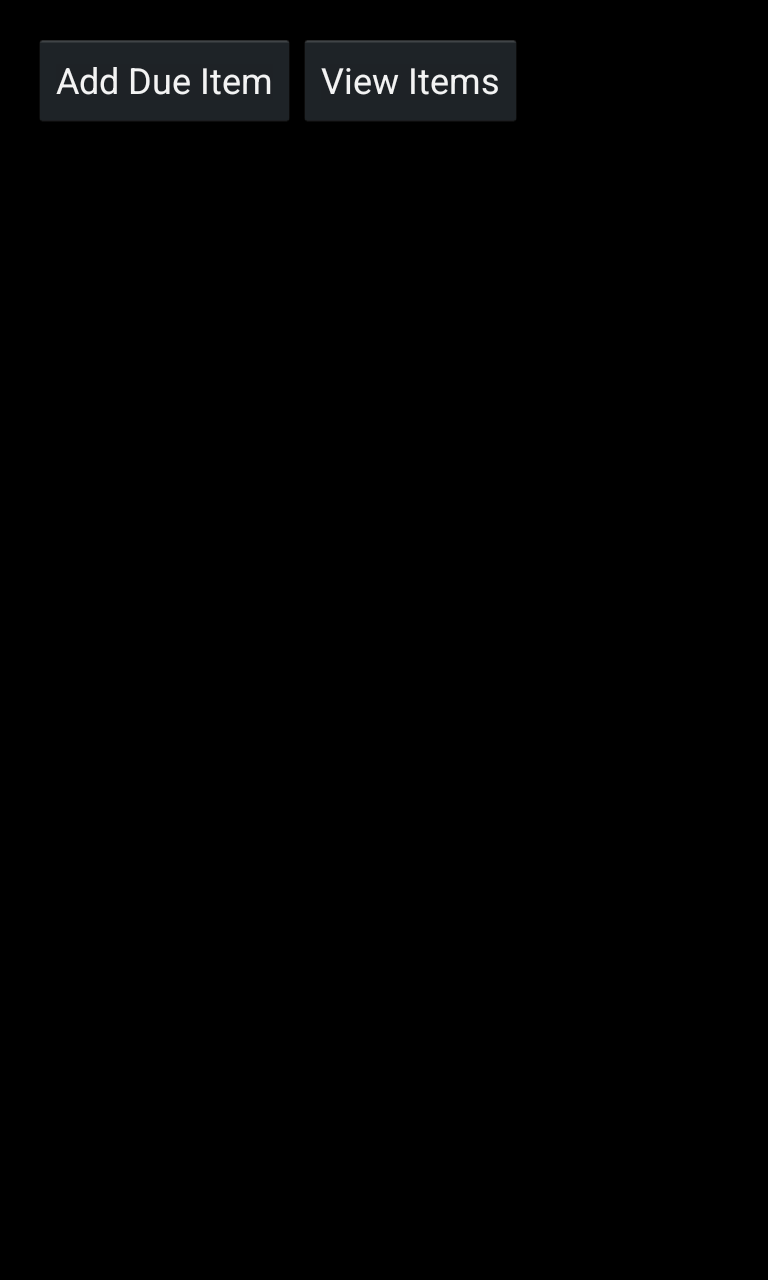
Repository: vignaesh01/Due-Date-App
Layout: DueDateManager/res/layout/activity_main.xml
The author's editor kept a copy of each file at every save. The layout is drawn from the files as they stood at one save, then again after the next save.
It is drawn on a 768 x 1280 px phone screen (xhdpi) without system bars, with theme android:Theme.Holo; the app's code is not run. Lists and similar views that code fills are empty.

Above is the layout before, as saved 2014-11-14 14:45:03.

After the next save:
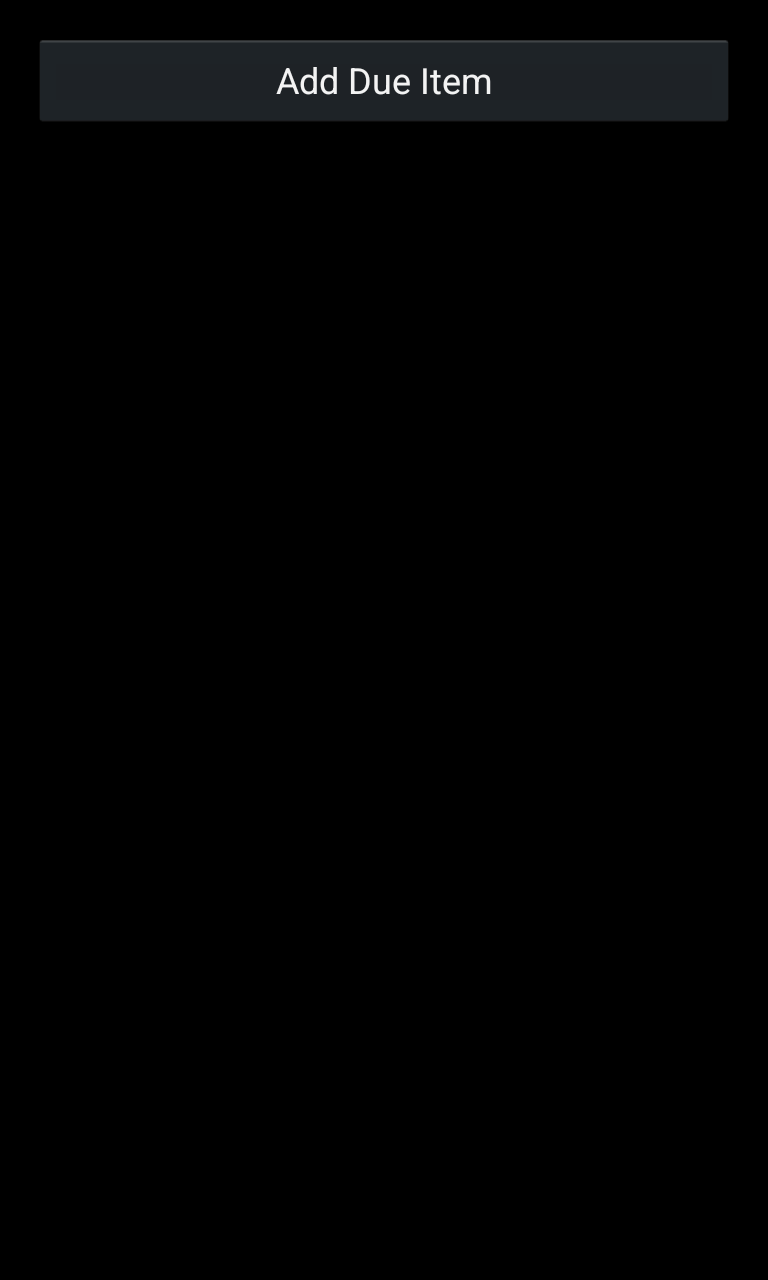
Saved 25 s later.
--- a/DueDateManager/res/layout/activity_main.xml
+++ b/DueDateManager/res/layout/activity_main.xml
@@ -18,14 +18,14 @@
 
         <Button
             android:id="@+id/btnAddDueItem"
-            android:layout_width="wrap_content"
+            android:layout_width="match_parent"
             android:layout_height="wrap_content"
             android:onClick="goToAddDueItem"
             android:text="@string/addDueItem" />
 
         <Button
             android:id="@+id/btnViewDueItem"
-            android:layout_width="wrap_content"
+            android:layout_width="match_parent"
             android:layout_height="wrap_content"
             android:layout_below="@+id/btnAddDueItem"
             android:layout_centerHorizontal="true"

After the save that followed:
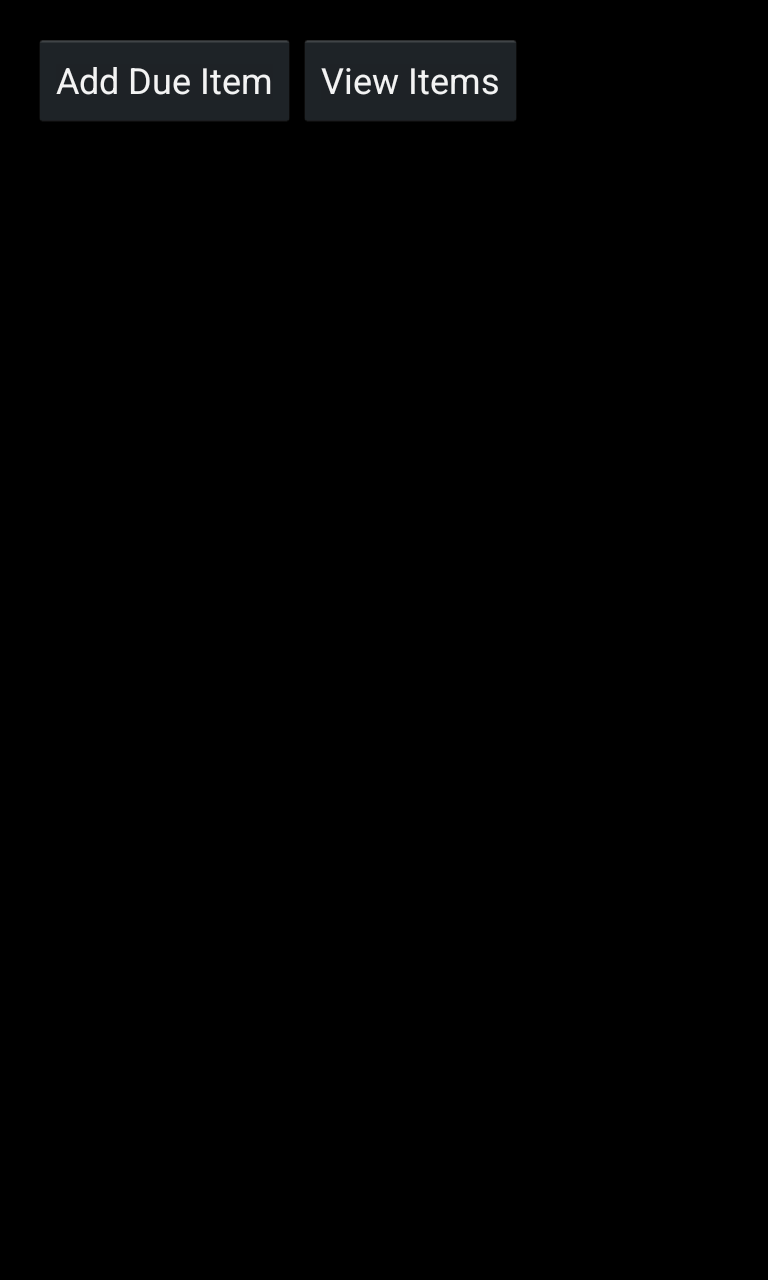
Saved 42 s later.
--- a/DueDateManager/res/layout/activity_main.xml
+++ b/DueDateManager/res/layout/activity_main.xml
@@ -18,14 +18,14 @@
 
         <Button
             android:id="@+id/btnAddDueItem"
-            android:layout_width="match_parent"
+            android:layout_width="wrap_content"
             android:layout_height="wrap_content"
             android:onClick="goToAddDueItem"
             android:text="@string/addDueItem" />
 
         <Button
             android:id="@+id/btnViewDueItem"
-            android:layout_width="match_parent"
+            android:layout_width="wrap_content"
             android:layout_height="wrap_content"
             android:layout_below="@+id/btnAddDueItem"
             android:layout_centerHorizontal="true"
